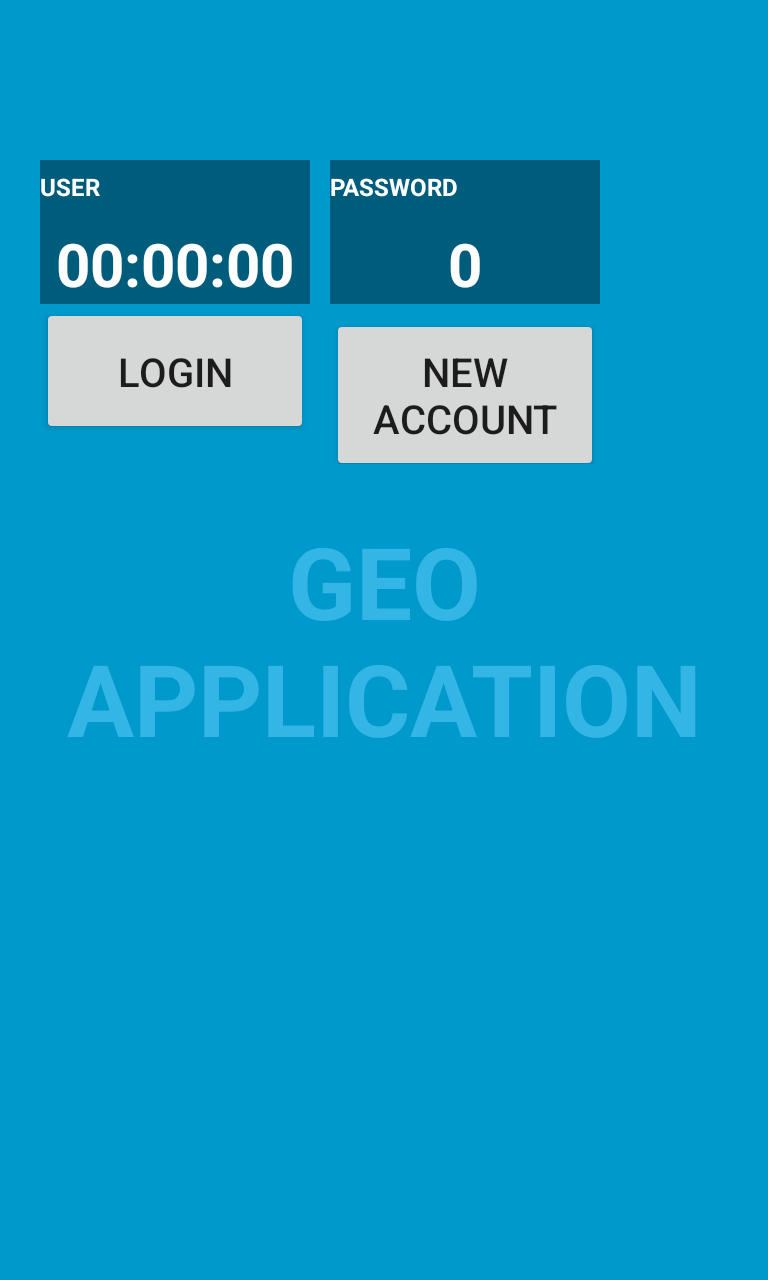
Repository: sebastianR1001/GeoApplication
Layout: GeoApplication/res/layout/login_fullscreen.xml
The author's editor kept a copy of each file at every save. The layout is drawn from the files as they stood at one save, then again after the next save.
It is drawn on a 768 x 1280 px phone screen (xhdpi) without system bars, with theme AppTheme; the app's code is not run.

Above is the layout before, as saved 2014-10-25 18:37:50.

After the next save:
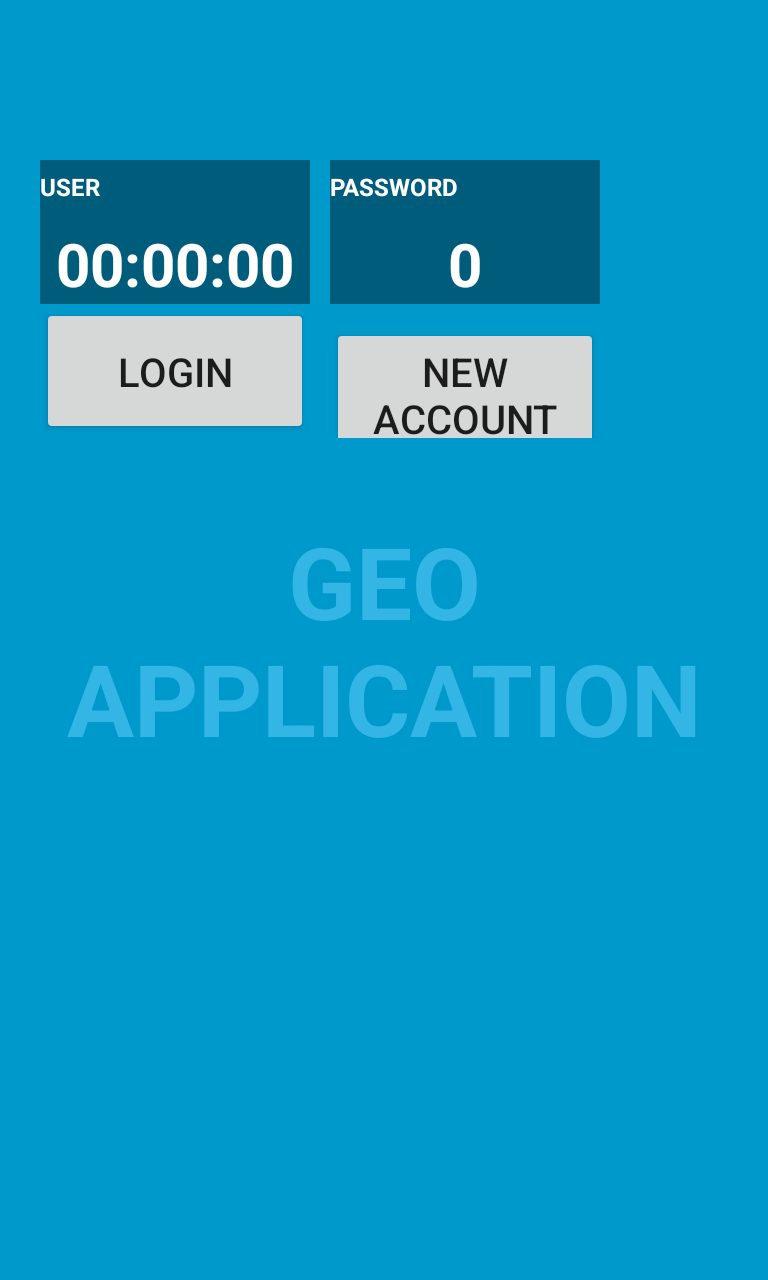
Saved 9 s later.
--- a/GeoApplication/res/layout/login_fullscreen.xml
+++ b/GeoApplication/res/layout/login_fullscreen.xml
@@ -115,7 +115,7 @@
 		     <Button
 		        android:id="@+id/newAccountButton"
 		        android:layout_width="135dp"
-		        android:layout_height="80dp"
+		        android:layout_height="67dp"
 		        android:layout_marginRight="10dp"
 		        android:layout_marginLeft="10dp"
 		        android:textSize="20sp"
